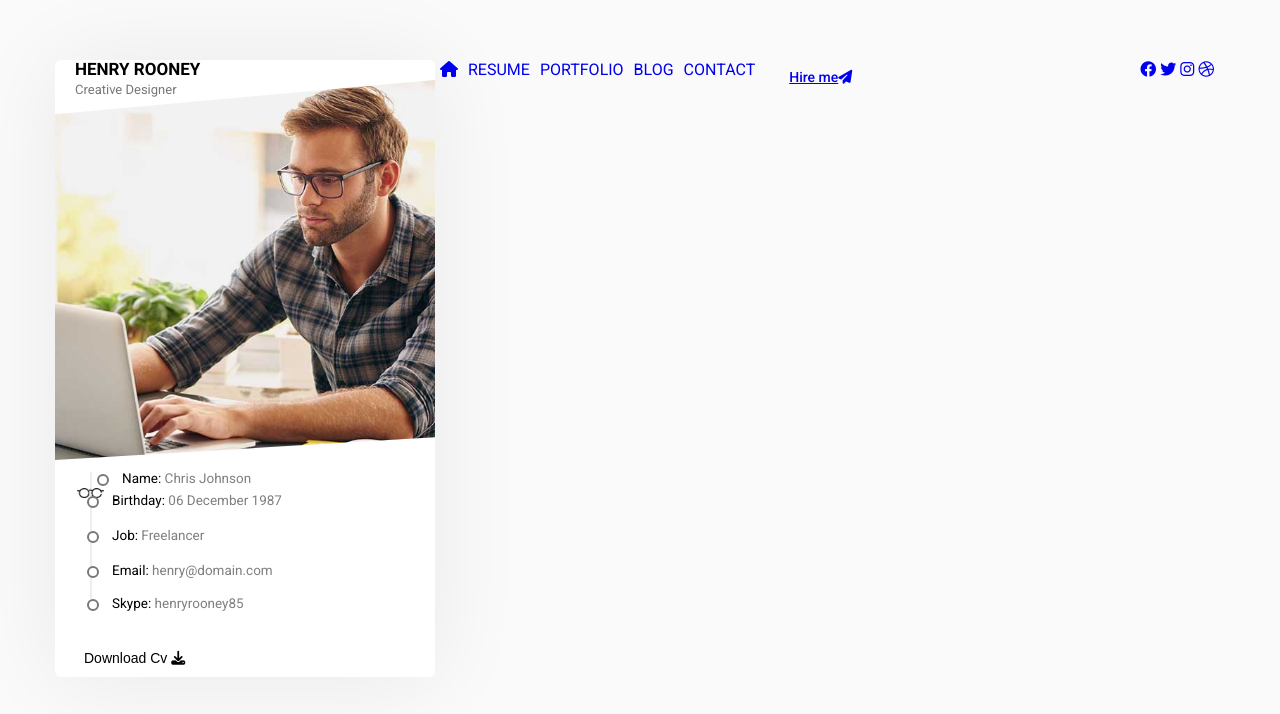
Repository: Lehuyhuynh/mat
Page: index.html
These files come from the project's save history. The page is drawn as it stood at one moment and after a run of saves; the edit follows.
The browser window is 1280 px wide. The pictures show the whole page.

Above is the page before, as saved 2023-04-12 12:08:27.

After the next 6 saves:
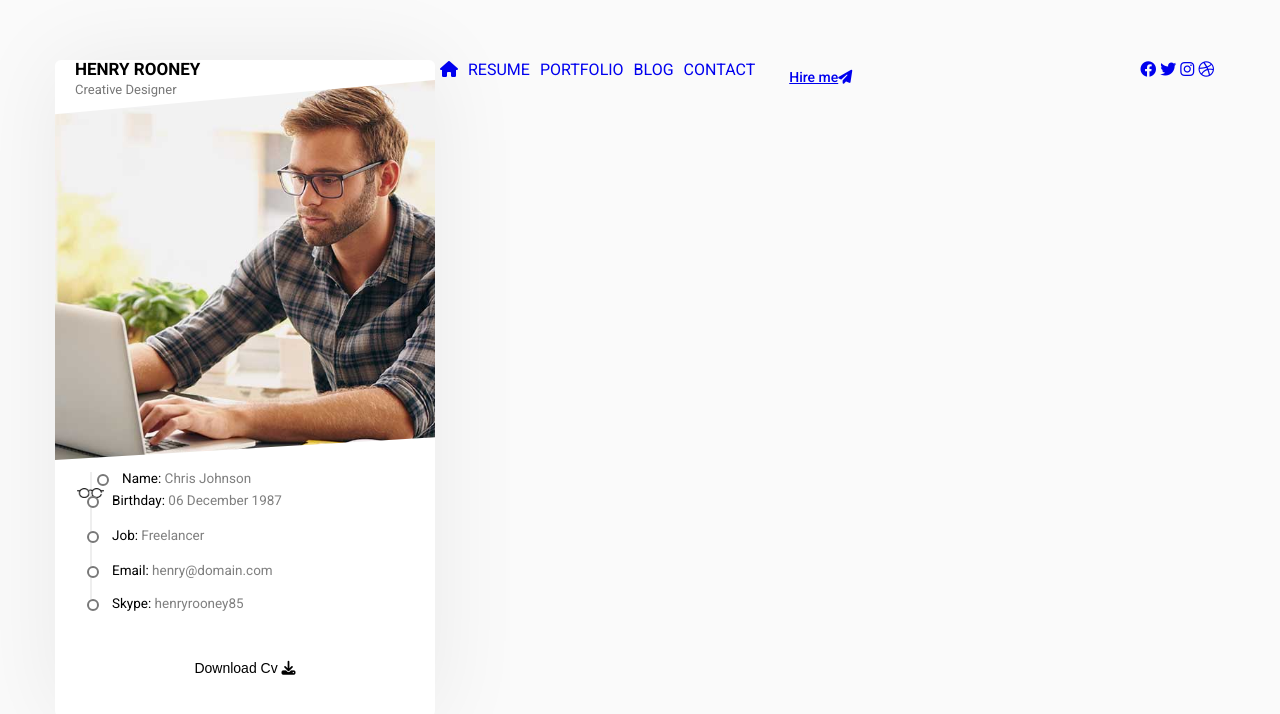
The 6 saves are shown as one change because they came seconds apart.
The last was saved 14 s later.
--- a/style.css
+++ b/style.css
@@ -168,7 +168,8 @@
 }
 
 .profile .site-btn{
-                    margin: 1;
+                    margin: 18px auto 30px;
+                    display: block;
 }
 
 .tabs .tab a {
